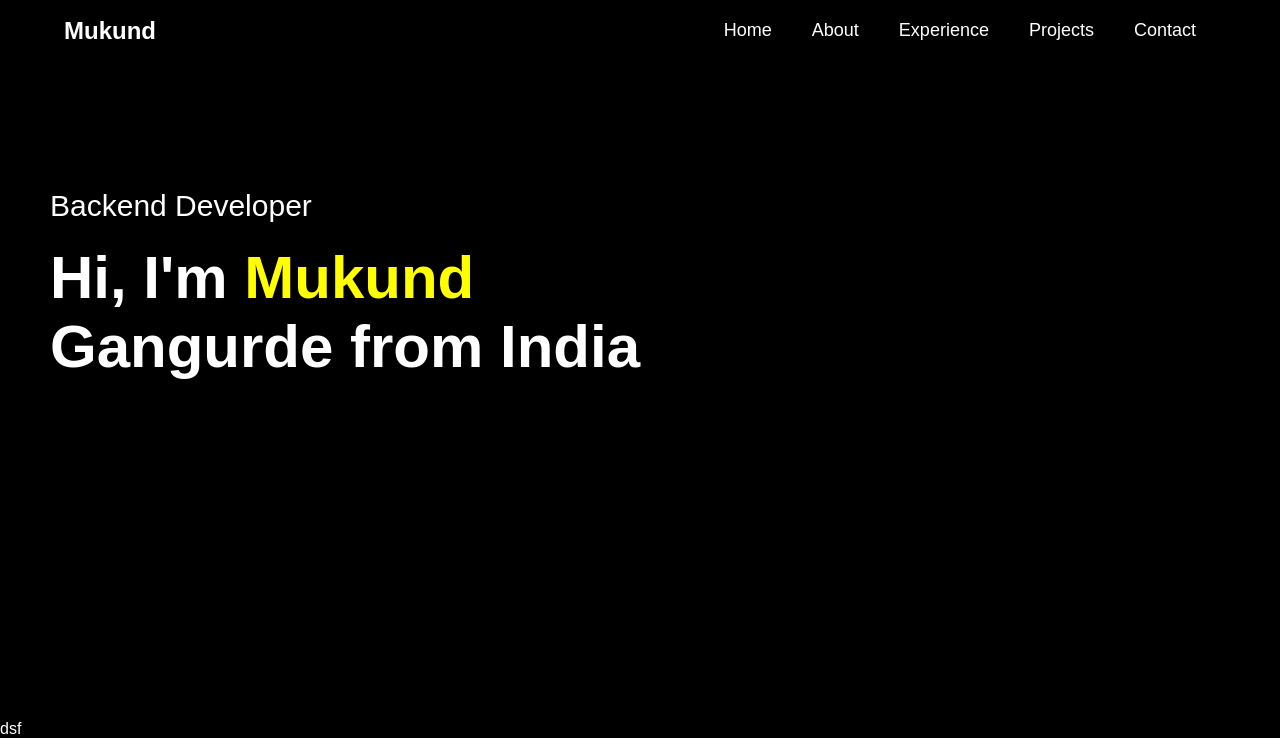
Repository: mukundgangurde/expense-tracker
Page: index.html
The author's editor kept a copy of each file at every save. The page is drawn from the files as they stood at one save, then again after the next save.
The browser window is 1280 px wide. The pictures show the whole page.

Above is the page before, as saved 2025-11-02 19:15:56.

### index.html
<!DOCTYPE html>
<html lang="en">

<head>
  <meta charset="UTF-8">
  <meta name="viewport" content="width=device-width, initial-scale=1.0">
  <title>Portfolio - Mukund Gangurde</title>
  <link rel="stylesheet" href="style.css">
</head>

<body>
  <!-- Header -->
  <div id="header">
    <div id="container">
      <!-- Navigation Bar -->
      <nav>
        <h1 id="logo">Mukund</h1>
        <ul>
          <li><a href="#">Home</a></li>
          <li><a href="#">About</a></li>
          <li><a href="#">Experience</a></li>
          <li><a href="#">Projects</a></li>
          <li><a href="#">Contact</a></li>
        </ul>
      </nav>
      <!-- /Navigation Bar -->

      <div class="header-text">
        <p>Backend Developer</p>
        <h1>Hi, I'm <span>Mukund</span><br>Gangurde from India</h1>
      </div>
    </div>
  </div>
  <!-- /Header -->

  <div id="about">
    <div id="container">
      <div class="row">
        <div class="about-col-1">dsf</div>
      </div>
    </div>
  </div>
</body>

</html>

### style.css
* {
  margin: 0;
  padding: 0;
  /* font-family: Brush Script MT; */
  font-family: Arial, Helvetica, sans-serif;
  box-sizing: border-box;
  /* border: 1px solid red; */
}

body {
  background-color: black;
  color: white;
}

#header {
  width : 100%;
  height: 100vh;
  /* background-image: url(images/background.img); */
  /* background-size: cover; */
  /* background-position: center; */
}

#logo {
  width: 160px;
}

nav {
  display: flex;
  justify-content: space-between;
  align-items: center;
  flex-wrap: wrap;
  padding: 10px 5%;
}

ul {
  display: flex;
  justify-content: space-between;
  font-size: 18px;
}

nav ul li {
  display: inline-block;
  list-style-type: none;
  margin: 10px 20px;
}

nav ul li a {
  color: white;
  text-decoration: none;
}

.header-text {
  margin-top: 10%;
  margin-left: 50px;
  font-size: 30px;
}

.header-text h1 {
  margin-top: 20px;
  font-size: 60px;
}

.header-text h1 span {
  color: yellow;
}

After the next save:
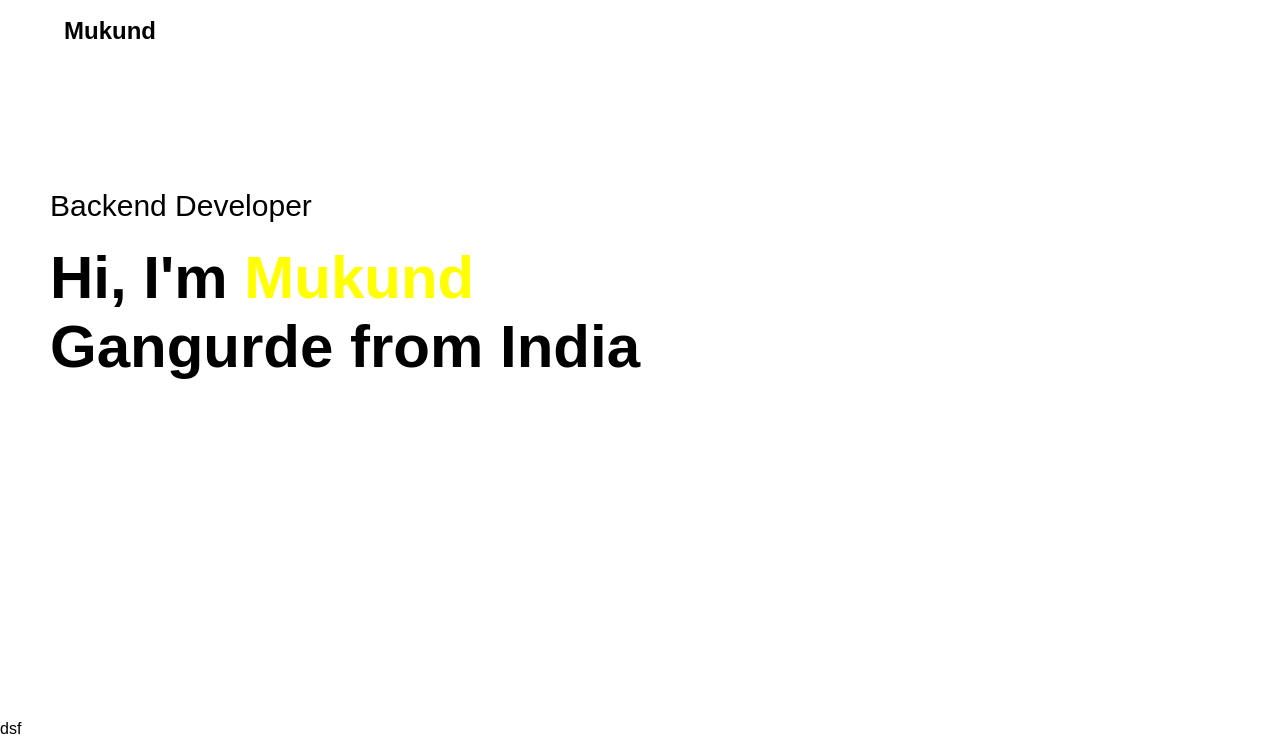
Saved 18 s later.
--- a/style.css
+++ b/style.css
@@ -8,8 +8,8 @@
 }
 
 body {
-  background-color: black;
-  color: white;
+  /* background-color: black; */
+  /* color: white; */
 }
 
 #header {
